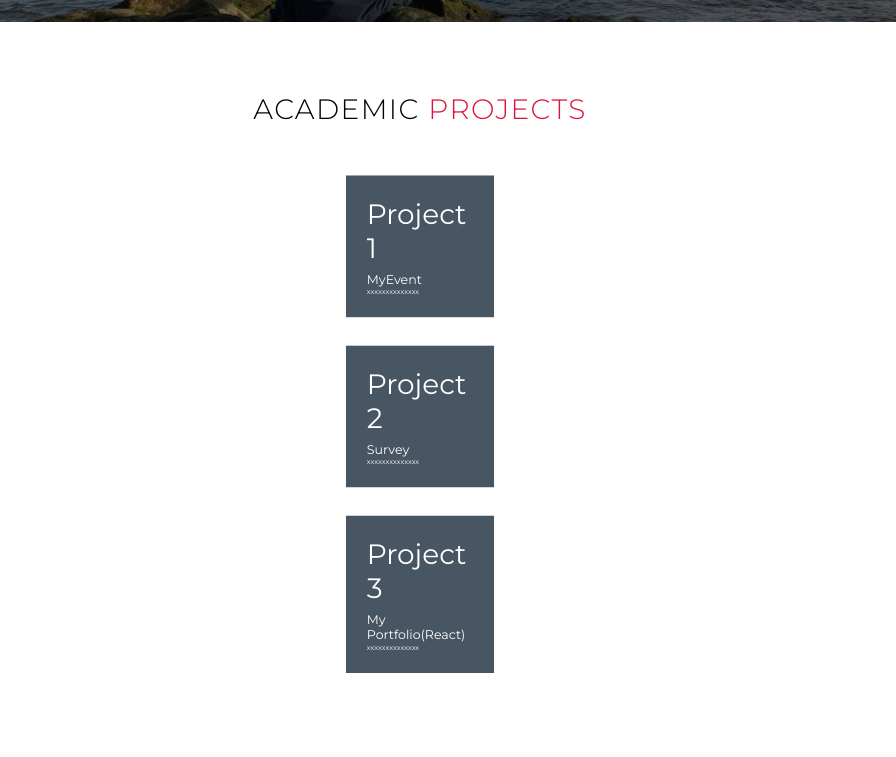
Repository: wenxi0504/StaticWebsite_Profolio
Page: index.html
An editor plug-in stored every save of this project. The page is shown before and after the next save, followed by the edit.
The browser window is 1280 px wide. The pictures show the part of the page from y = 689 to 2609 px (the page is 1770 px tall before and 3713 px after), at 70% of full size.

Above is the page before, as saved 2022-03-03 22:01:22.

After the next save:
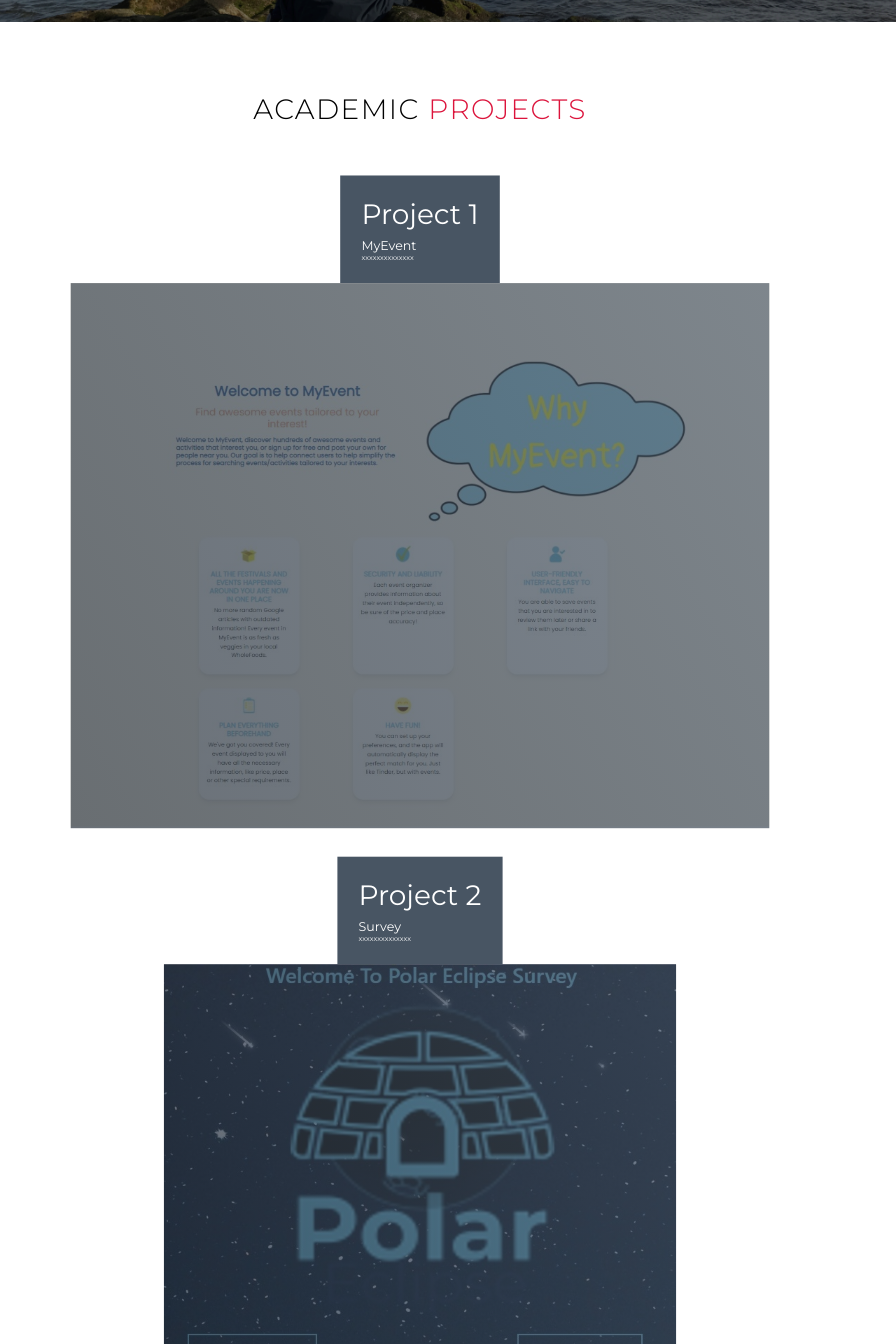
Saved 25 s later.
--- a/index.html
+++ b/index.html
@@ -33,7 +33,7 @@
               <p>xxxxxxxxxxxxxx</p>
             </div>
             <div class="project-img">
-              <!-- <img src="./images/MyEventCover1.jpg" alt="MyEventImg"> -->
+              <img src="./images/MyEventCover1.jpg" alt="MyEventImg">
             </div>
           </div>
           <div class="project-item">
@@ -43,7 +43,7 @@
               <p>xxxxxxxxxxxxxx</p>
             </div>
             <div class="project-img">
-              <!-- <img src="./images/EclipseSurvey.jpg" alt="SurveyImg"> -->
+              <img src="./images/EclipseSurvey.jpg" alt="SurveyImg">
             </div>
           </div>
           <div class="project-item">
@@ -53,7 +53,7 @@
               <p>xxxxxxxxxxxxxx</p>
             </div>
             <div class="project-img">
-              <!-- <img src="./images/MyPortfolioReact.jpg" alt="MyPortfolioReactImg"> -->
+              <img src="./images/MyPortfolioReact.jpg" alt="MyPortfolioReactImg">
             </div>
           </div>
         </div>
